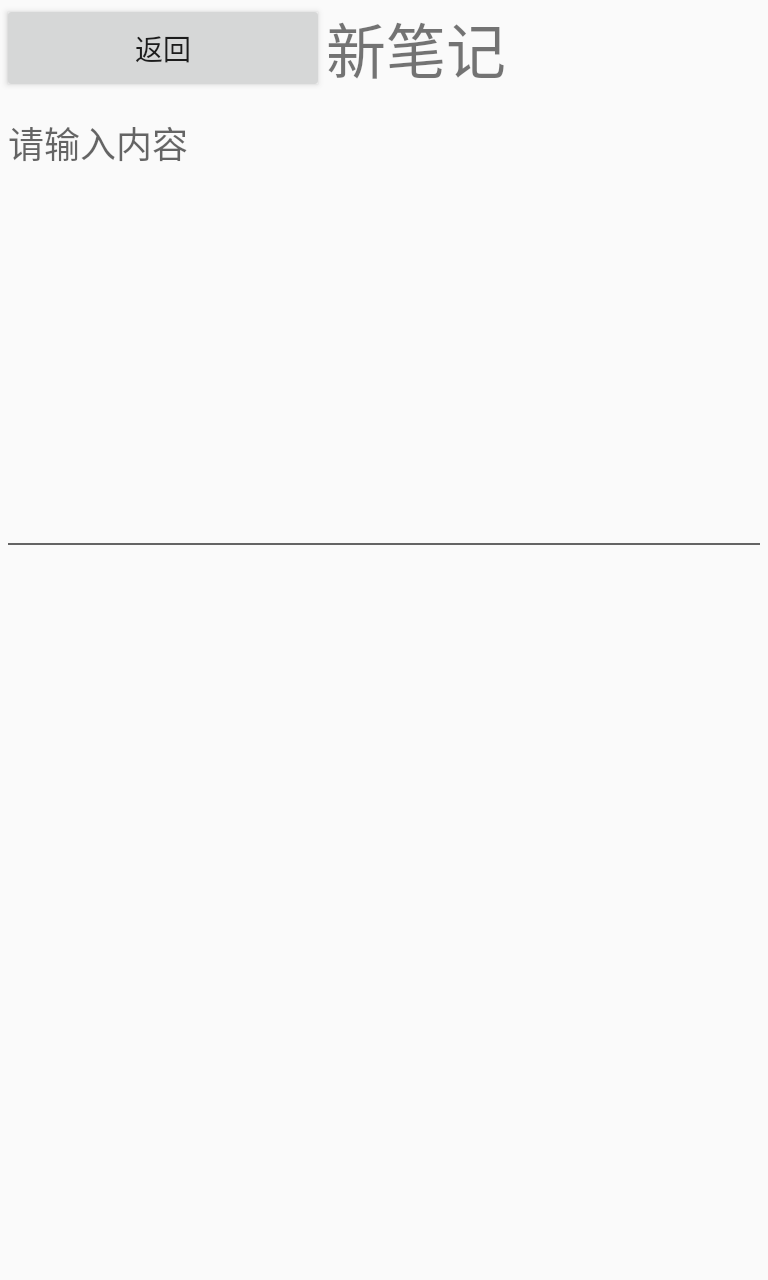
Repository: mxfpaul/Test
Layout: Note/MyNote2/res/layout/newnote.xml
The author's editor kept a copy of each file at every save. The layout is drawn from the files as they stood at one save, then again after the next save.
It is drawn on a 768 x 1280 px phone screen (xhdpi) without system bars, with theme AppTheme; the app's code is not run.

Above is the layout before, as saved 2014-11-19 23:20:10.

### Note/MyNote2/res/layout/newnote.xml
<?xml version="1.0" encoding="utf-8"?>
<TableLayout xmlns:android="http://schemas.android.com/apk/res/android"
    android:layout_width="match_parent"
    android:layout_height="wrap_content"
    android:orientation="vertical" >

    <TableRow
        android:id="@+id/new_row1"
        android:layout_width="match_parent"
        android:layout_height="wrap_content"
        android:orientation="horizontal"
         >

        <Button
            android:id="@+id/new_button_setting"

            android:layout_weight="1"
            android:text="@string/new_button_text1" />

        <TextView
            android:id="@+id/new_textview_all"
            android:layout_gravity="center"
            android:layout_weight="2"
            android:text="@string/new_textview_text"
            android:textSize="30sp" />
		<!--
        <TextView
            android:id="@+id/new_textview_all"
            android:layout_gravity="center"

            android:text="@string/new_textview_text"
            android:textSize="30sp" />

        <Button
            android:id="@+id/new_button_new"

            android:text="@string/new_button_text2" />
            -->
    </TableRow>

    <TableRow
        android:id="@+id/new_row2"
        android:layout_width="match_parent" >

        <EditText
            android:id="@+id/new_edittext_content"
            android:layout_width="match_parent"
            android:layout_height="wrap_content"
            android:layout_weight="1"
            android:gravity="top"
            android:hint="@string/new_edittext_text"
            android:lines="10" />
    </TableRow>

</TableLayout>

### Note/MyNote2/res/values/strings.xml
<?xml version="1.0" encoding="utf-8"?>
<resources>

    <string name="app_name">MyNote2</string>
    <string name="hello_world">Hello world!</string>
    <string name="action_settings">Settings</string>
    <string name="home_button_text1">设置</string>
    <string name="home_button_text2">新建</string>
    <string name="home_textview_text">全部笔记</string>
    <string name="new_button_text1">返回</string>
    <string name="new_button_text2">完成</string>
    <string name="new_textview_text">新笔记</string>
    <string name="view_button_text1">返回</string>
    <string name="view_button_text2">更改</string>
    <string name="view_textview_text">待录入</string>
    <string name="new_edittext_text">请输入内容</string>

</resources>

Loaded but not shown: Note/MyNote2/res/values/styles.xml (common file); Note/MyNote2/res/values-v11/styles.xml (common file); Note/MyNote2/res/values-v14/styles.xml (common file)

After the next save:
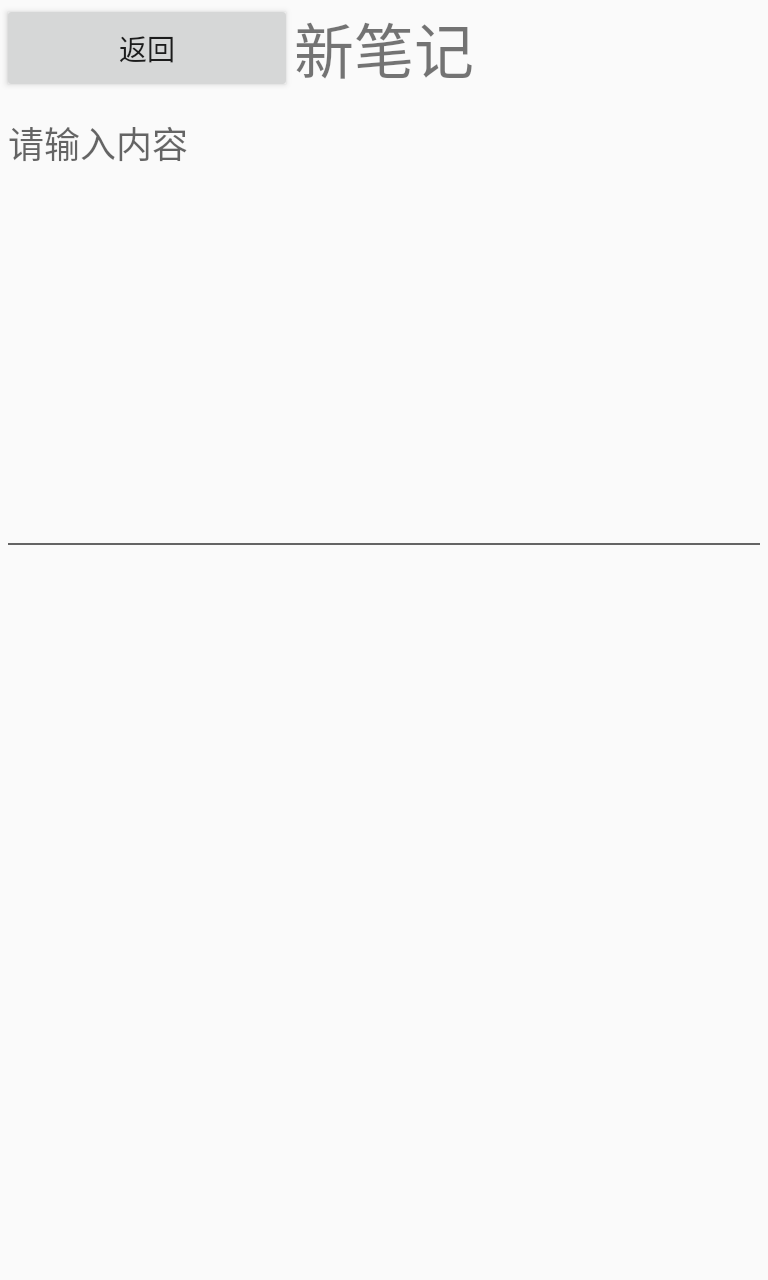
Saved 11 s later.
--- a/Note/MyNote2/res/layout/newnote.xml
+++ b/Note/MyNote2/res/layout/newnote.xml
@@ -20,7 +20,7 @@
         <TextView
             android:id="@+id/new_textview_all"
             android:layout_gravity="center"
-            android:layout_weight="2"
+            android:layout_weight="3"
             android:text="@string/new_textview_text"
             android:textSize="30sp" />
 		<!--
